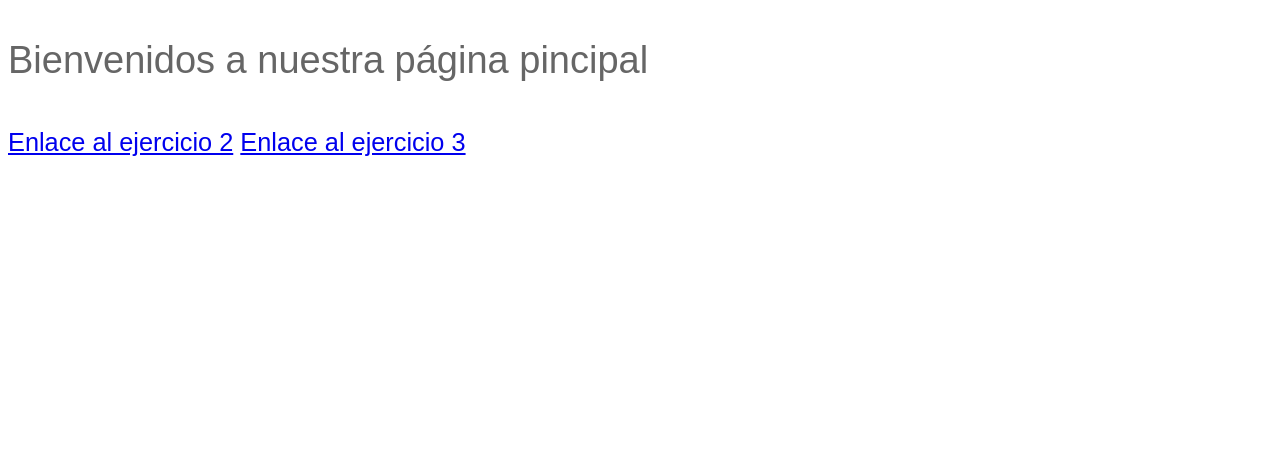
Repository: conmarred/Ejercicio4-Web
Page: Ejercicio4Web/src/main/webapp/index.html
These files come from the project's save history. The page is drawn as it stood at one moment and after the next save; the edit follows.
The browser window is 1280 px wide. The pictures show the whole page.
Some web fonts or font styles are not loaded; a fallback is used.

Above is the page before, as saved 2022-03-09 12:18:57.

### Ejercicio4Web/src/main/webapp/index.html
<!DOCTYPE html>
<html>
<head>
	<meta charset="UTF-8">
	<title>Pagina principal</title>
	<link rel="stylesheet" href="css/estilos.css">
</head>
<body>
	<div id="main">

		<section id="top">
			<div class="container">
				<h1>Bienvenidos a nuestra página pincipal</h1>
				<a href="ejercicio2.html">Enlace al ejercicio 2</a>
				<a href="ejercicio3.html">Enlace al ejercicio 3</a>
			</div>
		</section>
	</div>

</body>
</html>

### Ejercicio4Web/src/main/webapp/css/estilos.css
@import url("fontawesome-all.min.css");
@import url("https://fonts.googleapis.com/css?family=Source+Sans+Pro:300,300italic,400,600");


/* Basic */

html {
	box-sizing: border-box;
}


body {
	background: #fff;
	font-family: 'Source Sans Pro', sans-serif;
	font-size: 19pt;
	font-weight: 300;
	line-height: 1.75em;
}


h1 {
	font-weight: 300;
	color: #666;
	line-height: 1.5em;
}


/* Container */

.container {
	margin: 0 auto;
	max-width: 100%;
	width: 1400px;
}

@media screen and (max-width: 700px) {

	.container {
		width: 100%;
	}

}


/* Section */

section {
	margin-bottom: 3em;
}

After the next save:
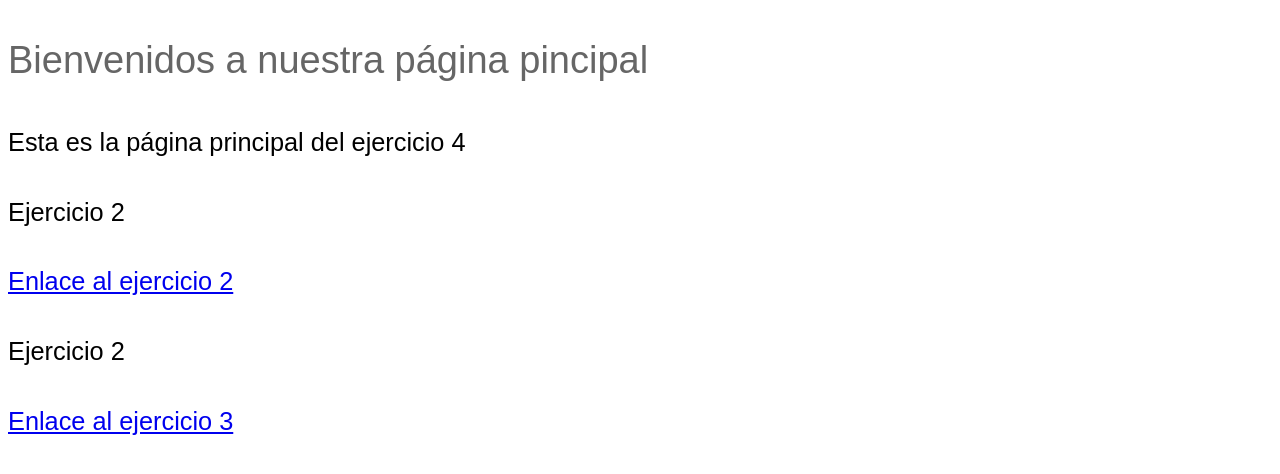
Saved 54 s later.
--- a/Ejercicio4Web/src/main/webapp/index.html
+++ b/Ejercicio4Web/src/main/webapp/index.html
@@ -11,7 +11,10 @@
 		<section id="top">
 			<div class="container">
 				<h1>Bienvenidos a nuestra página pincipal</h1>
+				<p>Esta es la página principal del ejercicio 4</p>
+				<p>Ejercicio 2</p>
 				<a href="ejercicio2.html">Enlace al ejercicio 2</a>
+				<p>Ejercicio 2</p>
 				<a href="ejercicio3.html">Enlace al ejercicio 3</a>
 			</div>
 		</section>
